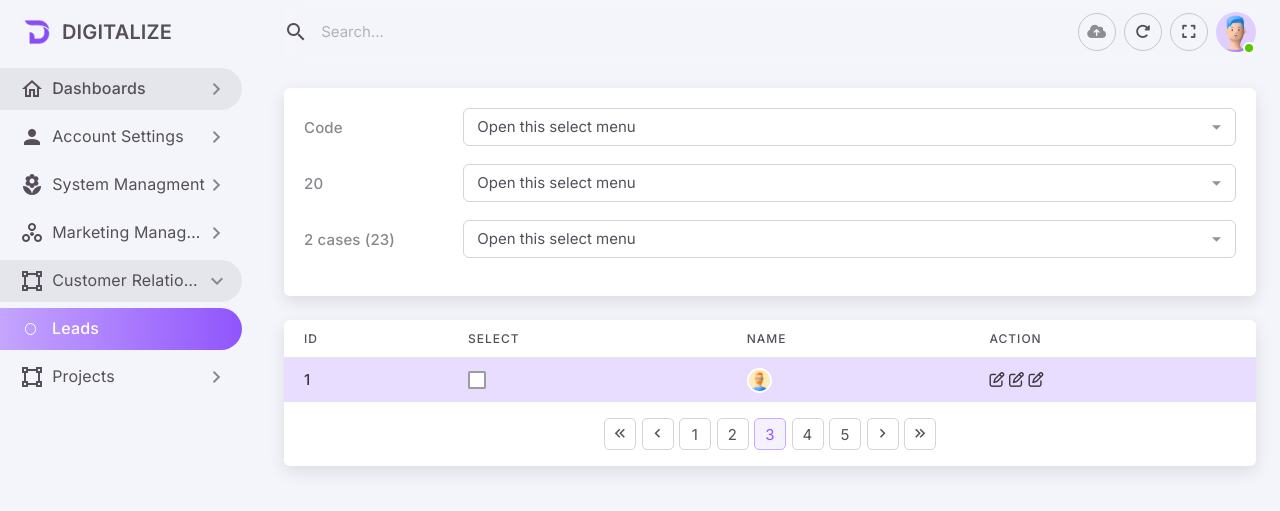
Repository: FadyFathey/sales-crm
Page: html/project-list.html
An editor plug-in stored every save of this project. The page is shown before and after the next save, followed by the edit.
The browser window is 1280 px wide. The pictures show the whole page.
Some icons come from a web library that is not loaded, so they are not drawn. Some web libraries are served in a nearby version.

Above is the page before, as saved 2024-10-09 13:44:05.
Console error: ReferenceError: d3 is not defined

After the next save:
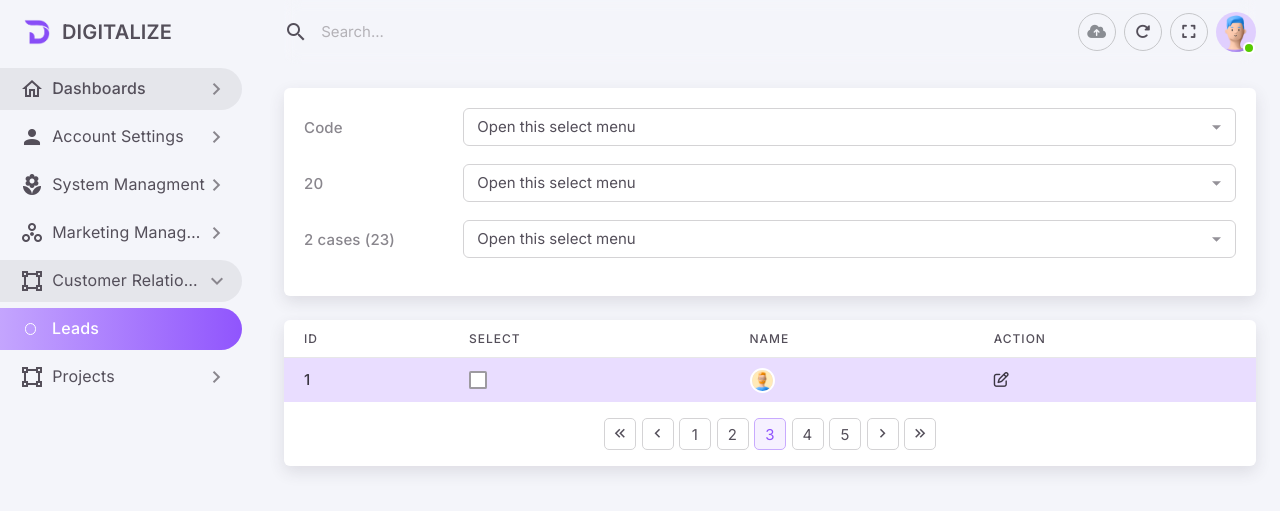
Saved 6 s later.
--- a/html/project-list.html
+++ b/html/project-list.html
@@ -410,8 +410,6 @@
                                             </td>
                                             <td>
                                                 <i class="fa-regular fa-pen-to-square"></i>
-                                                <i class="fa-regular fa-pen-to-square"></i>
-                                                <i class="fa-regular fa-pen-to-square"></i>
                                             </td>
                                         </tr>
                                     </tbody>
